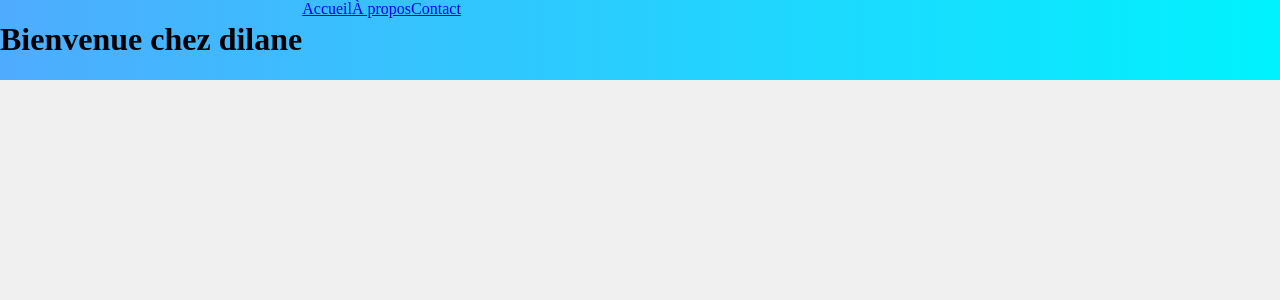
Repository: prestige225/prestige_services_et_finances
Page: app.html
These files come from the project's save history. The page is drawn as it stood at one moment and after the next save; the edit follows.
The browser window is 1280 px wide. The pictures show the whole page.

Above is the page before, as saved 2025-06-01 17:13:00.

After the next save:
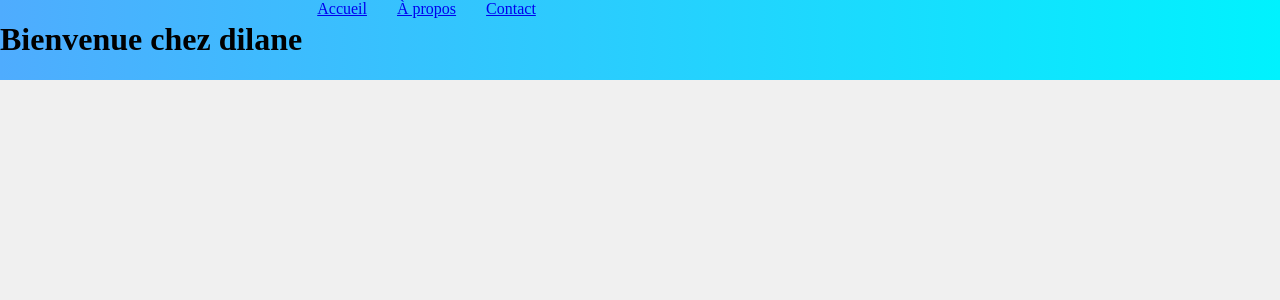
Saved 51 s later.
--- a/app.html
+++ b/app.html
@@ -23,6 +23,9 @@
         margin: 0;
         display: flex;
        }
+       header nav ul li{
+        margin: 0 15px;
+       }
     </style>
     <title>APPPP</title>
 </head>
